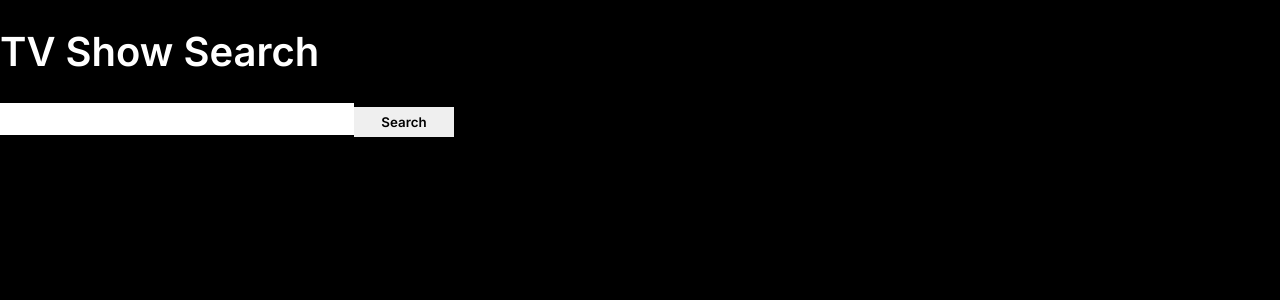
Repository: shayanabedi98/tv-search-react
Page: /
These files come from the project's save history. The page is drawn as it stood at one moment and after a run of saves; the edit follows.
The browser window is 1280 px wide. The pictures show the whole page.
The project was rebuilt for these pictures with package versions that can differ from the ones it lists, and the page was loaded fresh each time. Also part of the build but not shown: vite.config.js.

Above is the page before, as saved 2024-01-02 02:29:35.

### index.html
<!doctype html>
<html lang="en">
  <head>
    <meta charset="UTF-8" />
    <link rel="icon" type="image/svg+xml" href="https://www.svgrepo.com/show/503669/tv.svg" />
    <meta name="viewport" content="width=device-width, initial-scale=1.0" />
    <title>TV Show Search | React</title>
  </head>
  <body>
    <div id="root"></div>
    <script type="module" src="/src/main.jsx"></script>
  </body>
</html>

### src/App.jsx
import { useState } from "react";
import { v4 as uuid } from "uuid";
import List from "./List";
import Search from "./Search";

function App() {
  const [input, setInput] = useState();
  const [showList, setShowList] = useState([]);

  const fetchShow = async () => {
    try {
      if (input) {
        const response = await fetch(
          `https://api.tvmaze.com/search/shows?q=${input}`
        );
        const responseJson = await response.json();
        let newList = [];
        for (let i = 0; i < responseJson.length; i++) {
          if (responseJson[i].show.image) {
            newList.push({
              id: uuid(),
              name: responseJson[i].show.name,
              img: responseJson[i].show.image.medium,
              language: responseJson[i].show.language,
              rating: responseJson[i].show.rating.average,
            });
          }
        }
        setShowList(newList);
        console.log(responseJson);
      }
    } catch (err) {
      console.log(err);
    }
  };

  const handleChange = (e) => {
    setInput(e.target.value);
  };

  return (
    <div>
      <Search fetchShow={fetchShow} input={input} handleChange={handleChange} />
      <List showList={showList} />
    </div>
  );
}

export default App;

### src/index.css
@import url('https://fonts.googleapis.com/css2?family=Inter:wght@600&display=swap');

body {
  font-family: 'Inter', sans-serif;
  margin: 0;
  padding: 0;
  background-color: black;
  color: white;
}

.search h1 {
  font-size: 40px;
}

.search input {
  border: none;
  height: 30px;
  width: 350px;
  font-size: 26px;
  outline: none;
}

.search input:focus {
  outline: 2px grey solid;
}

.search button {
  height: 30px;
  width: 100px;
  font-family: 'Inter', sans-serif;
  border: none;
}

### src/List.jsx
import React from "react";

const List = ({ showList }) => {
  return (
    <div className="list">
      {showList.length > 0 &&
        showList.map((show) => {
          return (
            <div className="card" key={show.id}>
              <h2>{show.name}</h2>
              <img src={show.img} alt={`cover photo of ${show.name}`} />
              <p>
                <span>Language: </span>
                {show.language}
              </p>
              <p>{show.rating ? `Rating: ${show.rating}⭐` : "Rating: N/A"}</p>
            </div>
          );
        })}
    </div>
  );
};

export default List;

### src/Search.jsx
import React from "react";

const Search = ({ fetchShow, input, handleChange }) => {
  return (
    <div className="search">
        <h1>TV Show Search</h1>
      <div className="search-bar">
        <input
          required
          type="text"
          onKeyDown={(e) => e.key === "Enter" && fetchShow()}
          onChange={handleChange}
          value={input}
        />
        <button onClick={fetchShow}>Search</button>
      </div>
    </div>
  );
};

export default Search;

Loaded but not shown: src/main.jsx (common file)

After the next 2 saves:
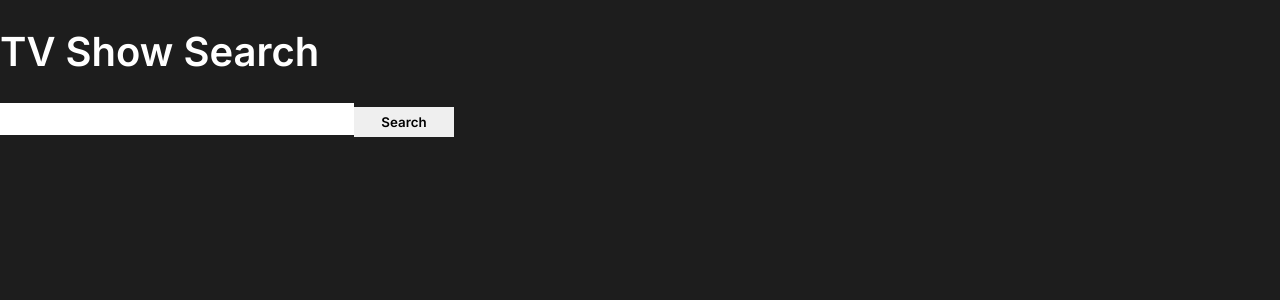
The 2 saves are shown as one change because they came seconds apart.
The last was saved 9 s later.
--- a/src/index.css
+++ b/src/index.css
@@ -4,7 +4,7 @@ body {
   font-family: 'Inter', sans-serif;
   margin: 0;
   padding: 0;
-  background-color: black;
+  background-color: rgb(29, 29, 29);
   color: white;
 }
 
